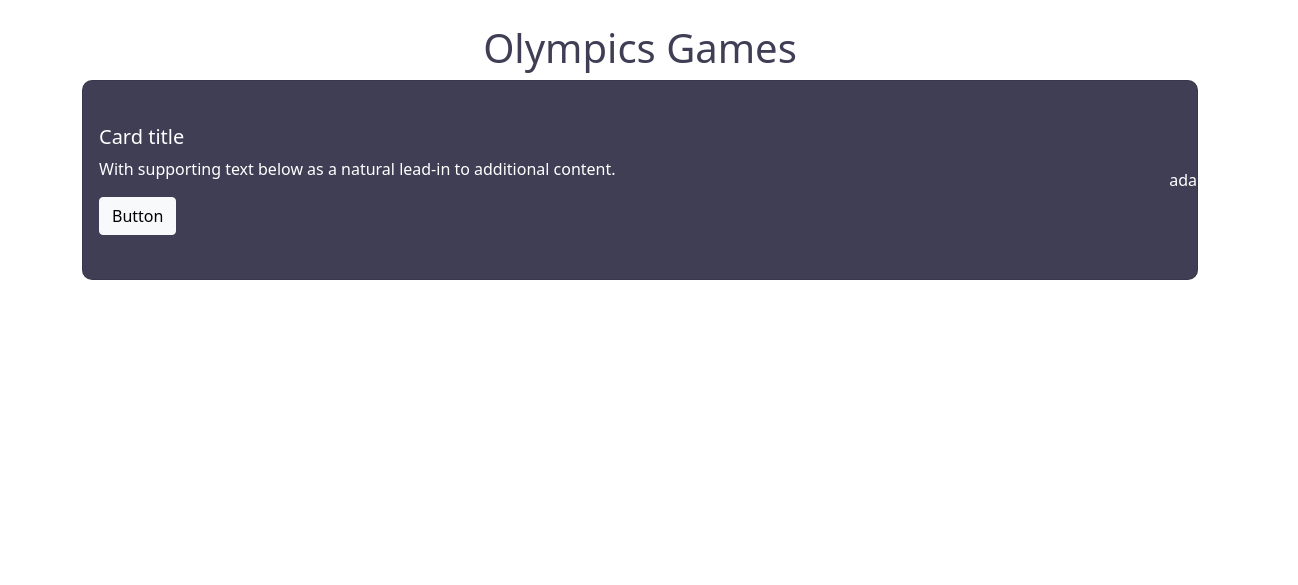
Repository: ahmedazawi/olympic_games
Page: client/views/index.html
An editor plug-in stored every save of this project. The page is shown before and after the next save, followed by the edit.
The browser window is 1280 px wide. The page is 1280 px wide, then 1298 px, then 1280 px, so the pictures cover 1298 px, including what lies to the right of the window. The pictures show the whole page.

Above is the page before, as saved 2021-12-24 13:00:45.

After the next save:
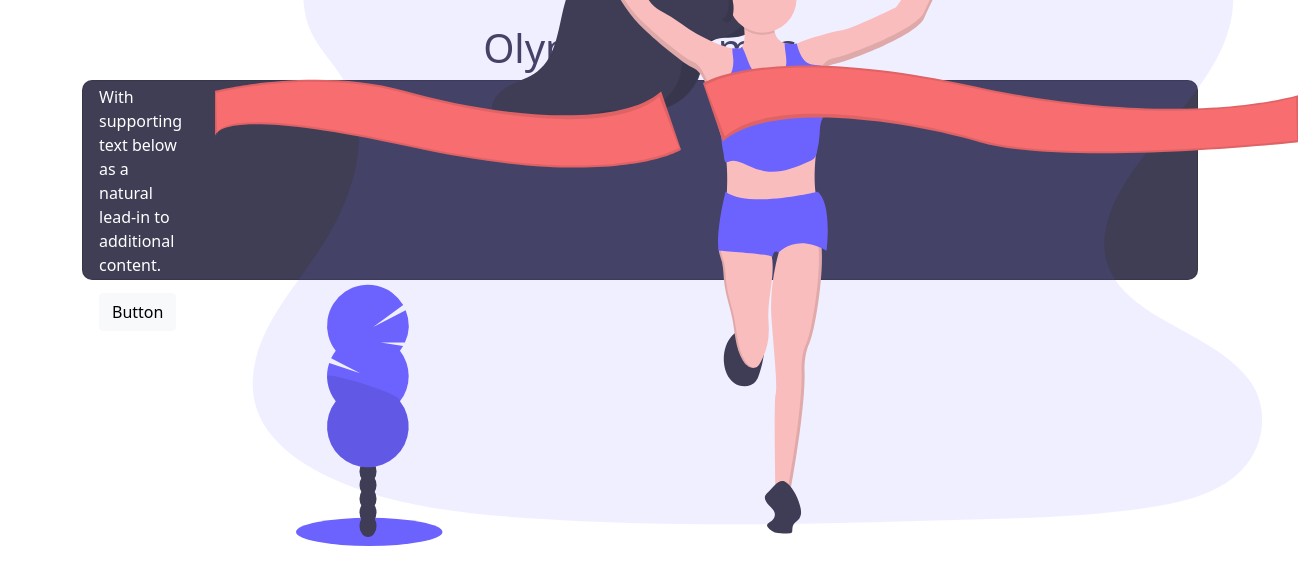
Saved 32 s later.
--- a/client/views/index.html
+++ b/client/views/index.html
@@ -30,7 +30,7 @@
                             <a href="#" class="btn btn-light ">Button</a>
                         </div>
                         <div>
-                            ada
+                            <img src="/svg/1.svg">
                         </div>
                     </div>
                 </div>

After the save that followed:
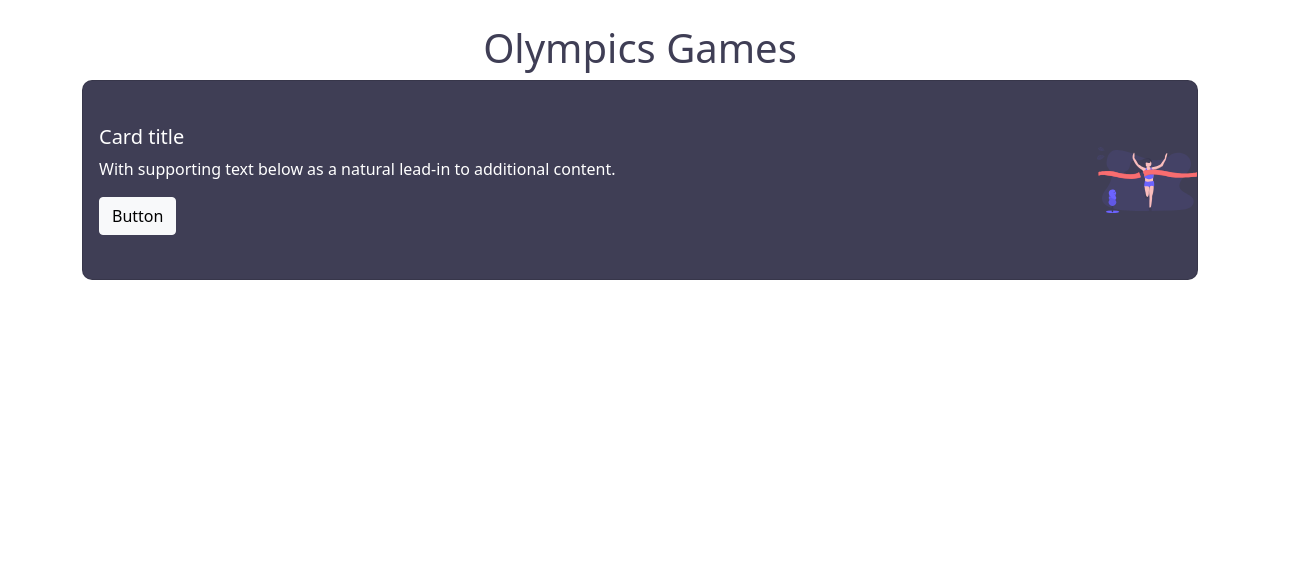
Saved 17 s later.
--- a/client/views/index.html
+++ b/client/views/index.html
@@ -30,7 +30,7 @@
                             <a href="#" class="btn btn-light ">Button</a>
                         </div>
                         <div>
-                            <img src="/svg/1.svg">
+                            <img src="/svg/1.svg" width="100">
                         </div>
                     </div>
                 </div>
